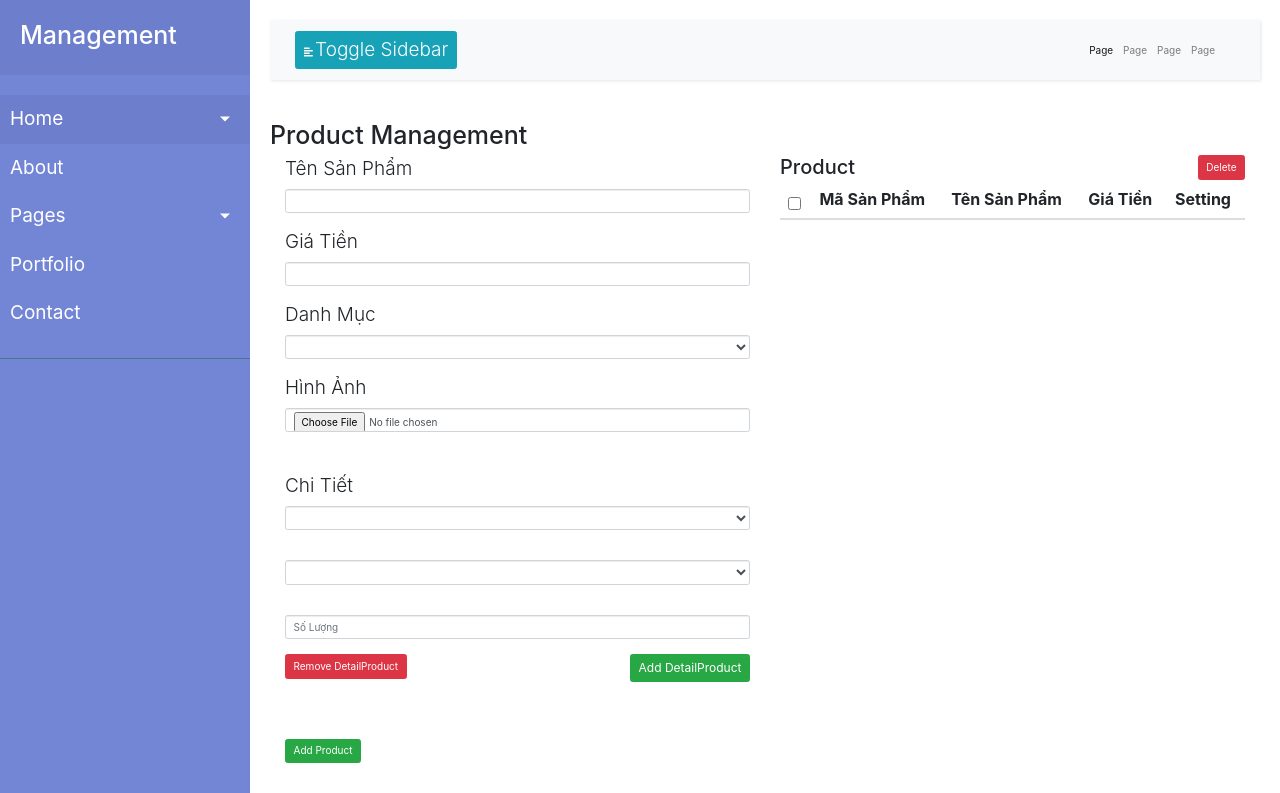
Repository: tiendungnguyen738/shoponline
Page: http://localhost/shoponline/WEB-INF/views/Product_Admin.jsp
The author's editor kept a copy of each file at every save. The page is drawn from the files as they stood at one save, then again after the next save.
The browser window is 1280 px wide. The pictures show the whole page.
Some web libraries are served in a nearby version. The page is served by Tomcat 9. Nobody is signed in. The template is opened directly, without the code that normally fills it, so the values that code supplies are empty.

Above is the page before, as saved 2019-09-24 14:08:30.

After the next save:
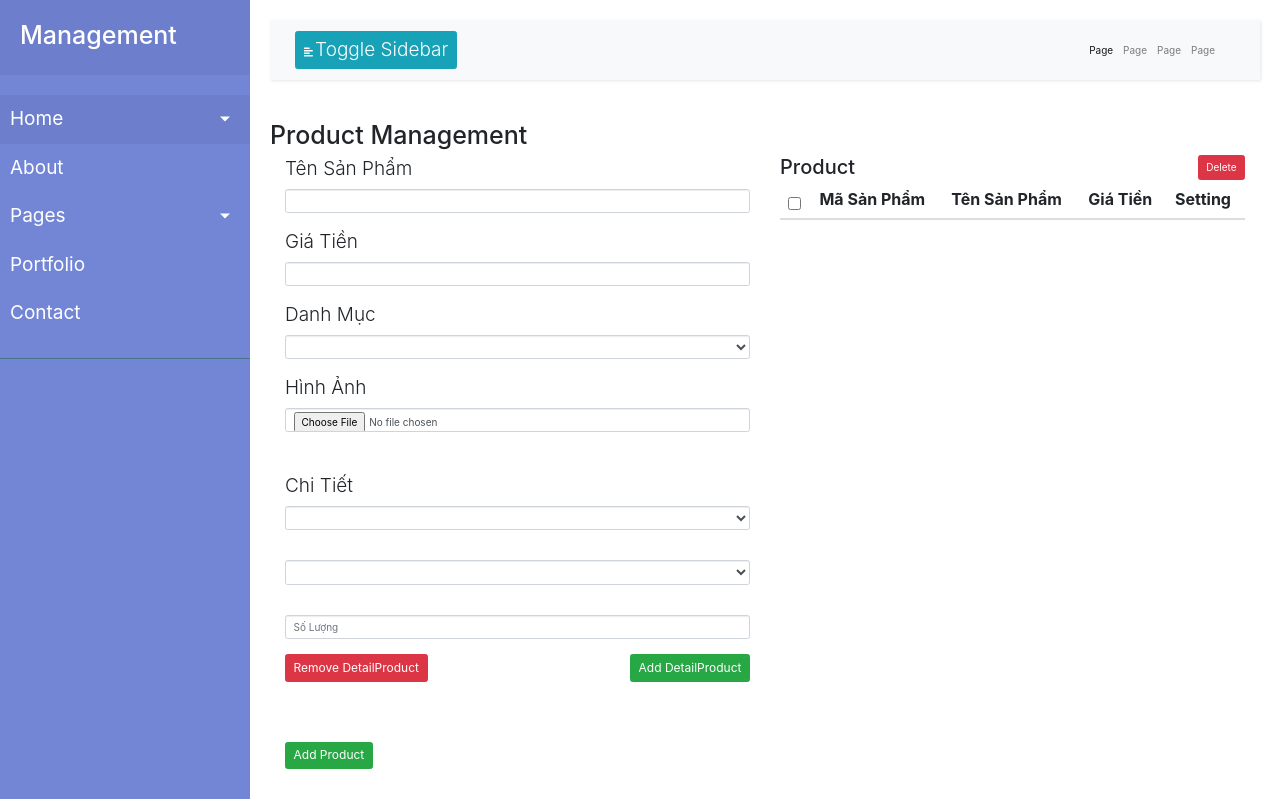
Saved 34 s later.
--- a/shoponline/src/main/webapp/WEB-INF/views/Product_Admin.jsp
+++ b/shoponline/src/main/webapp/WEB-INF/views/Product_Admin.jsp
@@ -125,7 +125,7 @@
 						<input type="number" name="soluong" class="form-control"
 							placeholder="Số Lượng" /></br>
 						<button type="button" class="btn btn-danger btn-remove"
-							style="display: inline;">Remove DetailProduct</button>
+							style="display: inline;font-size: 12px;	">Remove DetailProduct</button>
 						<button type="button" class="btn btn-success btn-detail"
 							style="float: right; display: inline;font-size: 12px;">Add DetailProduct</button>
 						</br>
@@ -152,9 +152,9 @@
 					<input type="number" name="soluong" id="soLuong1"
 						class="form-control" placeholder="Số Lượng" /></br>
 					<button type="button" class="btn btn-danger btn-remove"
-						style="display: inline;">Remove DetailProduct</button>
+						style="display: inline;font-size: 12px;">Remove DetailProduct</button>
 					<button type="button" class="btn btn-success btn-detail"
-						style="float: right; display: inline;">Add DetailProduct</button>
+						style="float: right; display: inline;font-size: 12px;">Add DetailProduct</button>
 					</br>
 					<br />
 					<button type="button" class="btn btn-dark" id="cancel">Cancel</button>
@@ -163,7 +163,7 @@
 				</div>
 				</br>
 				</br>
-				<button id="btn-themSanPham" type="button" class="btn btn-success">Add Product</button>
+				<button id="btn-themSanPham" type="button" class="btn btn-success" style="font-size: 12px;">Add Product</button>
 
 			</div>
 			<div class="col-md-6 col-sm-12">
